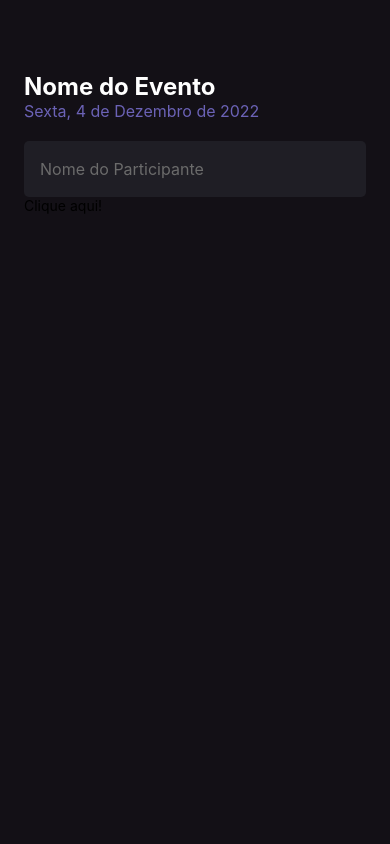
Repository: guilhermecardoso93/reactNative-ignite-imhere
Screen: /
The author's editor kept a copy of each file at every save. The screen is drawn from the files as they stood at one save, then again after the next save.
The app was drawn by React Native's web renderer in a window 390 px wide. The project was rebuilt for these pictures with package versions that can differ from the ones it lists, and the page was loaded fresh each time.

Above is the screen before, as saved 2022-10-02 19:43:29.

### App.tsx
import { Text, View, StyleSheet } from "react-native";
import Home from "./src/screens/Home";

export default function App() {
  return (
    <>
      <Home/>
    </>
  );
}

### src/screens/Home/index.tsx
import { Text, View, TextInput, TouchableOpacity } from "react-native";

import { styles } from "./styles";

export default function Home() {
  return (
    <View style={styles.container}>
      <Text style={styles.eventName}>Nome do Evento</Text>
      <Text style={styles.eventDate}>Sexta, 4 de Dezembro de 2022</Text>
      <TextInput
        style={styles.eventInput}
        placeholder='Nome do Participante'
        placeholderTextColor='#6b6b6b'
      />
      <TouchableOpacity>
        <Text>Clique aqui!</Text>
      </TouchableOpacity>
    </View>
  );
}

### src/screens/Home/styles.ts
import { StyleSheet } from "react-native";

export const styles = StyleSheet.create({
  container: {
    flex: 1,
    padding: 24,
    backgroundColor: "#131016",
  },
  eventName: {
    color: "#fff",
    fontSize: 24,
    fontWeight: "bold",
    marginTop: 48,
  },
  eventDate: {
    color: "#6b62b6",
    fontSize: 16,
  },
  eventInput: {
    backgroundColor: "#1f1e25",
    color: "#FFF",
    height: 56,
    borderRadius: 5,
    padding: 16,
    marginTop: 20,
    fontSize: 16
  },
  buttonText: {
    color: "#FFF",
    fontSize:24
  }
});

After the next save:
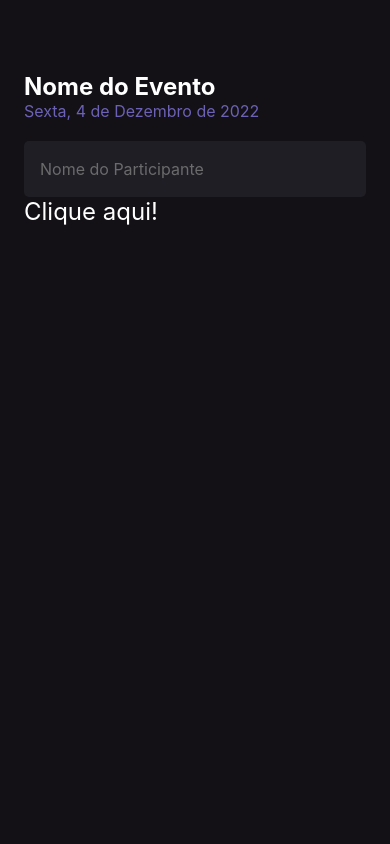
Saved 5 s later.
--- a/src/screens/Home/index.tsx
+++ b/src/screens/Home/index.tsx
@@ -13,7 +13,7 @@ export default function Home() {
         placeholderTextColor='#6b6b6b'
       />
       <TouchableOpacity>
-        <Text>Clique aqui!</Text>
+        <Text style={styles.buttonText}>Clique aqui!</Text>
       </TouchableOpacity>
     </View>
   );
